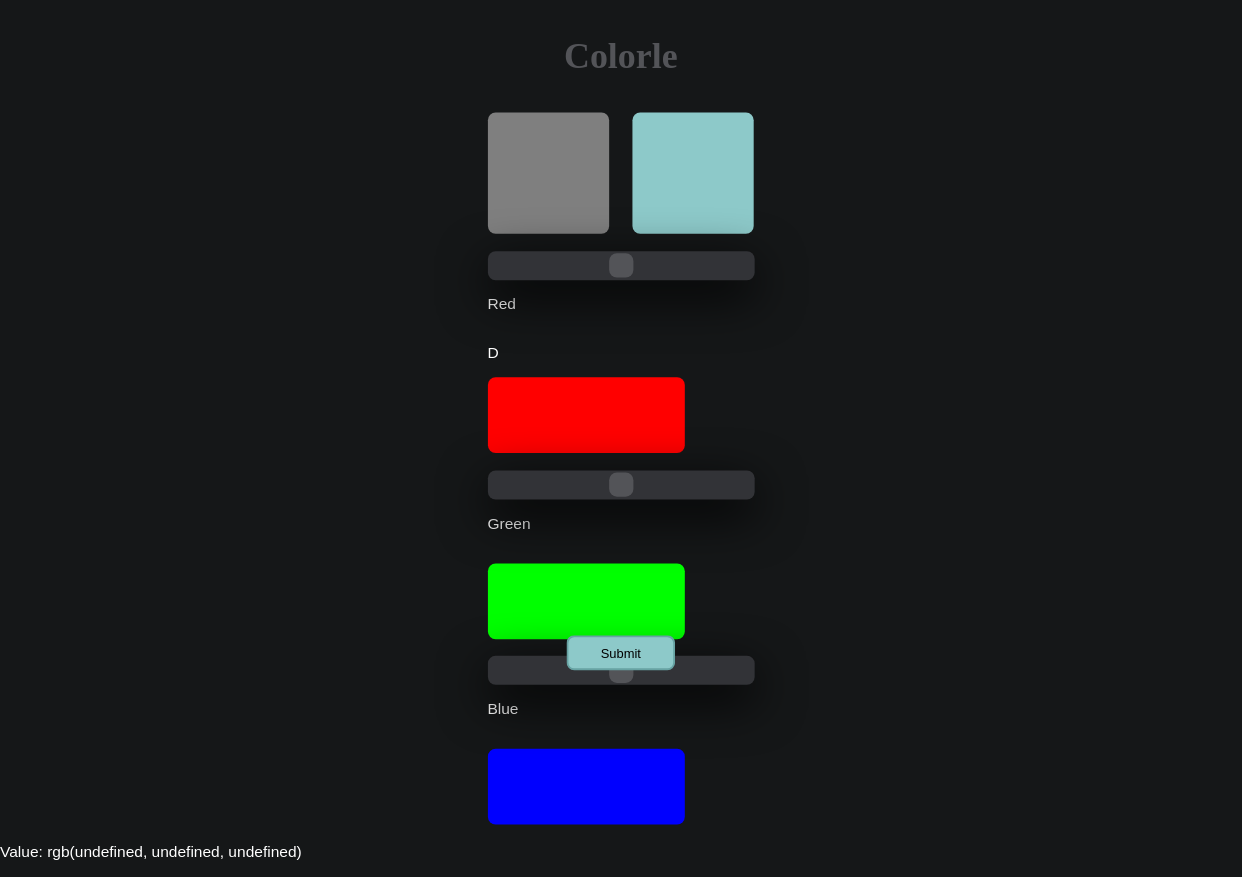
Repository: Artem-Melnik/Colorle
Page: index.html
The author's editor kept a copy of each file at every save. The page is drawn from the files as they stood at one save, then again after the next save.
The browser window is 1280 px wide. The pictures show the whole page, at 97% of full size.
After loading, the first visible `#submitButton` was clicked once.

Above is the page before, as saved 2022-05-12 20:10:37.

### index.html
<!-- TODO: Change text/icon color -->
<!-- TODO: Represent guess correctness using Linear-style icons -->
<!-- TODO: Replace Colorle text logo with SVG/image due to font problems -->
<!-- TODO: Add textboxes where player can enter exact RGB values -->
<!DOCTYPE html>
<html>
  <head>
    <title>Parcel Sandbox</title>
    <link rel="stylesheet" href="styles.css">
    <meta charset="UTF-8" />
    <meta name="viewport" content="width=device-width" />
  </head>

  <script
    src="https://ajax.googleapis.com/ajax/libs/jquery/3.6.0/jquery.min.js"
    type="text/javascript"
  ></script>
  <script
    src="https://ajax.googleapis.com/ajax/libs/jqueryui/1.13.1/jquery-ui.min.js"
    type="text/javascript"
  ></script>
  <script src="https://unpkg.com/feather-icons"></script>
  <script>
      feather.replace();
    </script>
  <script type="module" src="index.js" type="text/javascript"></script>

  <body>
    <div id="app"></div>
    <div class="topBar">
      <p id="title">Colorle</p>
      <p>
        <button type="button" id="themeToggle">
          <i id="themeIcon" data-feather="sun"></i>
        </button>
      </p>
    </div>

    <div id="topColors">
      <div id="previewAll"></div>
      <div id="correctColor"></div>
    </div>
    <div id="redContainer">
      <input
        type="range"
        min="0"
        max="255"
        value="128"
        class="slider"
        id="sliderRed"
      />
      <p class="currentColor" id="currentRed">Red</p>
      <p class="rating" id="ratingRed"></p>
      <div id="previewRed"></div>
    </div>
    <div id="greenContainer">
      <input
        type="range"
        min="0"
        max="255"
        value="128"
        class="slider"
        id="sliderGreen"
      />
      <p class="currentColor" id="currentGreen">Green</p>
      <p class="rating" id="ratingGreen"></p>
      <div id="previewGreen"></div>
    </div>
    <div id="blueContainer">
      <input
        type="range"
        min="0"
        max="255"
        value="128"
        class="slider"
        id="sliderBlue"
      />
      <p class="currentColor" id="currentBlue">Blue</p>
      <p class="rating" id="ratingBlue"></p>
      <div id="previewBlue"></div>
    </div>
    <div class="guessText">
      <p>Value: <span id="guessColor"></span></p>
    </div>
    <div class="buttonContainer">
      <button type="button" id="submitButton">Submit</button>
    </div>
  </body>
</html>

### styles.css
body {
  font-family: sans-serif;
  margin: 0;
  background: #151718;
  color: #ffffff;
}

.lightTheme {
  background: #ffffff;
  color: #151718;
}

/* Changes the correctColor gradient to dark/black */
/* .correctColorDark {
  background-image: linear-gradient(
    to bottom,
    rgba(0, 0, 0, 0),
    rgba(0, 0, 0, 1) 100%
  ) !important;
} */

#themeToggle {
  width: 25px;
  height: 25px;
  position: absolute;
  right: 15px;
  top: 15px;
  color: grey;
  background: none;
  border: none;
}

#themeIcon {
  color: grey;
  width: 25px;
  height: 25px;
  transform: scale(1);
  transition: all 0.5s;
}

#themeIcon.animate {
  color: grey;
  transform: scale(0);
}

.transform-active {
  /* background-color: blue;
  animation-name: darkToLight;
  animation-duration: 1s; */
  color: #151718;
}

.transform {
  -webkit-transition: all 2s ease;
  -moz-transition: all 2s ease;
  -o-transition: all 2s ease;
  -ms-transition: all 2s ease;
  transition: all 2s ease;
}

/* @keyframes darkTolight {
  0% {
    color: #ffffff;
  }
  100% {
    color: #151718;
  }
} */

#title {
  justify-content: center;
  font-family: "Asap";
  font-style: normal;
  font-weight: 700;
  font-size: 37px;
  line-height: 42px;
  display: flex;
  align-items: center;
  text-align: center;
  color: #535458;
}

/* #previewId {
  width: 100px;
  height: 100px;
  background-color: var(color);
  border: solid black;
} */

/* correctColor gradient */
/* #correctColor {
  position: absolute;
  top: 0px;
  width: 100%;
  height: 25%;
  background-color: var(color);
  margin: auto;
  background-image: linear-gradient(
    to bottom,
    rgba(255, 255, 255, 0),
    rgba(255, 255, 255, 1) 100%
  );
  z-index: -1;
} */

#topColors {
  width: 275px;
  margin: auto;
}

#correctColor {
  display: inline-block;
  position: relative;
  width: 125px;
  height: 125px;
  border-radius: 8px;
  margin-left: 10px;
}

#previewAll {
  background-color: rgb(127, 127, 127);
  display: inline-block;
  position: relative;
  width: 125px;
  height: 125px;
  border-radius: 8px;
  order: 1;
  margin-right: 10px;
}

#redContainer,
#greenContainer,
#blueContainer {
  display: auto;
  justify-content: center;
  margin: auto;
  width: 275px;
}

#sliderRed,
#sliderGreen,
#sliderBlue {
  display: block;
  -webkit-appearance: none;
  -moz-appearance: none;
  appearance: none;
  background: #323337;
  width: 275px;
  height: 30px;
  top: 100px;
  border-radius: 8px;
  margin: auto;
  margin-top: 5%;
  filter: drop-shadow(0px 15px 25px #000000);
}

#sliderRed::-webkit-slider-thumb,
#sliderGreen::-webkit-slider-thumb,
#sliderBlue::-webkit-slider-thumb {
  -webkit-appearance: none;
  appearance: none;
  width: 25px;
  height: 25px;
  background: #535458;
  cursor: pointer;
  border-radius: 8px;
}

#currentRed,
#currentGreen,
#currentBlue {
  display: inline-block;
}

#previewRed,
#previewGreen,
#previewBlue {
  display: inline-block;
  position: relative;
  width: 203px;
  height: 78px;
  /* background-color: var(color); */
  /* border: solid black; */
  border-radius: 8px;
  margin: auto;
  z-index: -1;
}

#previewRed {
  background-color: rgb(255, 0, 0);
}

#previewGreen {
  background-color: rgb(0, 255, 0);
}

#previewBlue {
  background-color: rgb(0, 0, 255);
}

.buttonContainer {
  display: flex;
  justify-content: center;
}

#submitButton {
  position: fixed;
  width: 112px;
  height: 36px;
  bottom: 4%;
  border: 2px solid;
  border-radius: 8px;
}

### index.js
// document.getElementById("sliderRange").innerHTML = `
// <div class="slidercontainer"></div>
// `;
// var root = document.querySelector(":root");
// var slider = document.getElementById("sliderRange");
// // Change "demo" to something else?
// var sliderRange = document.getElementById("demo");
// sliderRange.innerHTML = slider.value;
let correctRed = "141";
let correctGreen = "201";
let correctBlue = "201";

let red;
let green;
let blue;
// TODO: Split correctRGB into 3 seperate colors
let correctRgb =
  "rgb(" + correctRed + ", " + correctGreen + ", " + correctBlue + ")";

function changeColor() {
  red = document.getElementById("sliderRed").value;
  green = document.getElementById("sliderGreen").value;
  blue = document.getElementById("sliderBlue").value;

  document.getElementById("previewRed").style.backgroundColor =
    "rgb(" + red + ", 0, 0)";
  document.getElementById("previewGreen").style.backgroundColor =
    "rgb(0," + green + ", 0)";
  document.getElementById("previewBlue").style.backgroundColor =
    "rgb(0, 0," + blue + ")";

  document.getElementById("currentRed").textContent = red;
  document.getElementById("currentGreen").textContent = green;
  document.getElementById("currentBlue").textContent = blue;
}

// Shows guess color when submit button is clicked
// Also checks how close the guess is to the correct color
function onSubmit() {
  document.getElementById("previewAll").style.backgroundColor =
    "rgb(" + red + ", " + green + ", " + blue + ")";
  document.getElementById("guessColor").textContent =
    "rgb(" + red + ", " + green + ", " + blue + ")";

  // Check if guess is correct
if (red === correctRed) {
  document.getElementById('ratingRed').innerText = "SS";
} else if (red > correctRed - 6 && red < correctRed + 6) {
  document.getElementById('ratingRed').innerText = "S";
} else if (red > correctRed - 12 && red < correctRed + 12) {
  document.getElementById('ratingRed').innerText = "A";
} else if (red > correctRed - 24 && red < correctRed + 24) {
  document.getElementById('ratingRed').innerText = "B";
} else if (red > correctRed - 48 && red < correctRed + 48) {
  document.getElementById('ratingRed').innerText = "C";
} else {
  document.getElementById('ratingRed').innerText = "D";
}
  // Does same thing as red check but for green
if (green === correctGreen) {
  alert("Green: SS");
} else if (green > correctGreen - 6 && green < correctGreen + 6) {
  alert("Green: S");
} else if (green > correctGreen - 12 && green < correctGreen + 12) {
  alert("Green: A");
} else if (green > correctGreen - 24 && green < correctGreen + 24) {
  alert("Green: B");
} else if (green > correctGreen - 48 && green < correctGreen + 48) {
  alert("Green: C");
} else {
  alert("Green: D");
}

  // Does same thing as red check but for blue
if (blue === correctBlue) {
  alert("Blue: SS");
} else if (blue > correctBlue - 6 && blue < correctBlue + 6) {
  alert("Blue: S");
} else if (blue > correctBlue - 12 && blue < correctBlue + 12) {
  alert("Blue: A");
} else if (blue > correctBlue - 24 && blue < correctBlue + 24) {
  alert("Blue: B");
} else if (blue > correctBlue - 48 && blue < correctBlue + 48) {
  alert("Blue: C");
} else {
  alert("Blue: D");
}

  // if ("rgb(" + red + "," + green + "," + blue + ")" === "rgb(141,201,201)") {
  //   alert("Correct!");
  // }
}

$("#themeToggle").click(function () {
  $("#themeIcon").toggleClass("animate");
});

function themeSwitch() {
  document.body.classList.toggle("lightTheme");
  document.getElementById("correctColor").classList.toggle("correctColorDark");
}

document.getElementById("correctColor").style.backgroundColor = correctRgb;
document.getElementById("submitButton").style.backgroundColor = correctRgb;
document.getElementById("submitButton").style.borderColor =
  "rgb(" +
  (correctRed - 38) +
  ", " +
  (correctGreen - 38) +
  ", " +
  (correctBlue - 38) +
  ")";

document.getElementById("sliderRed").addEventListener("input", changeColor);
document.getElementById("sliderGreen").addEventListener("input", changeColor);
document.getElementById("sliderBlue").addEventListener("input", changeColor);
document.getElementById("submitButton").addEventListener("click", onSubmit);
document.getElementById("themeToggle").addEventListener("click", themeSwitch);

// Plugs in sliderRange for green in RGB
// Outputs the value of the slider
// slider.oninput = function () {
//   sliderRange.innerHTML = this.value;
//   root.style.setProperty("--green", sliderRange);
//   alert(sliderRange);
// };

After the next save:
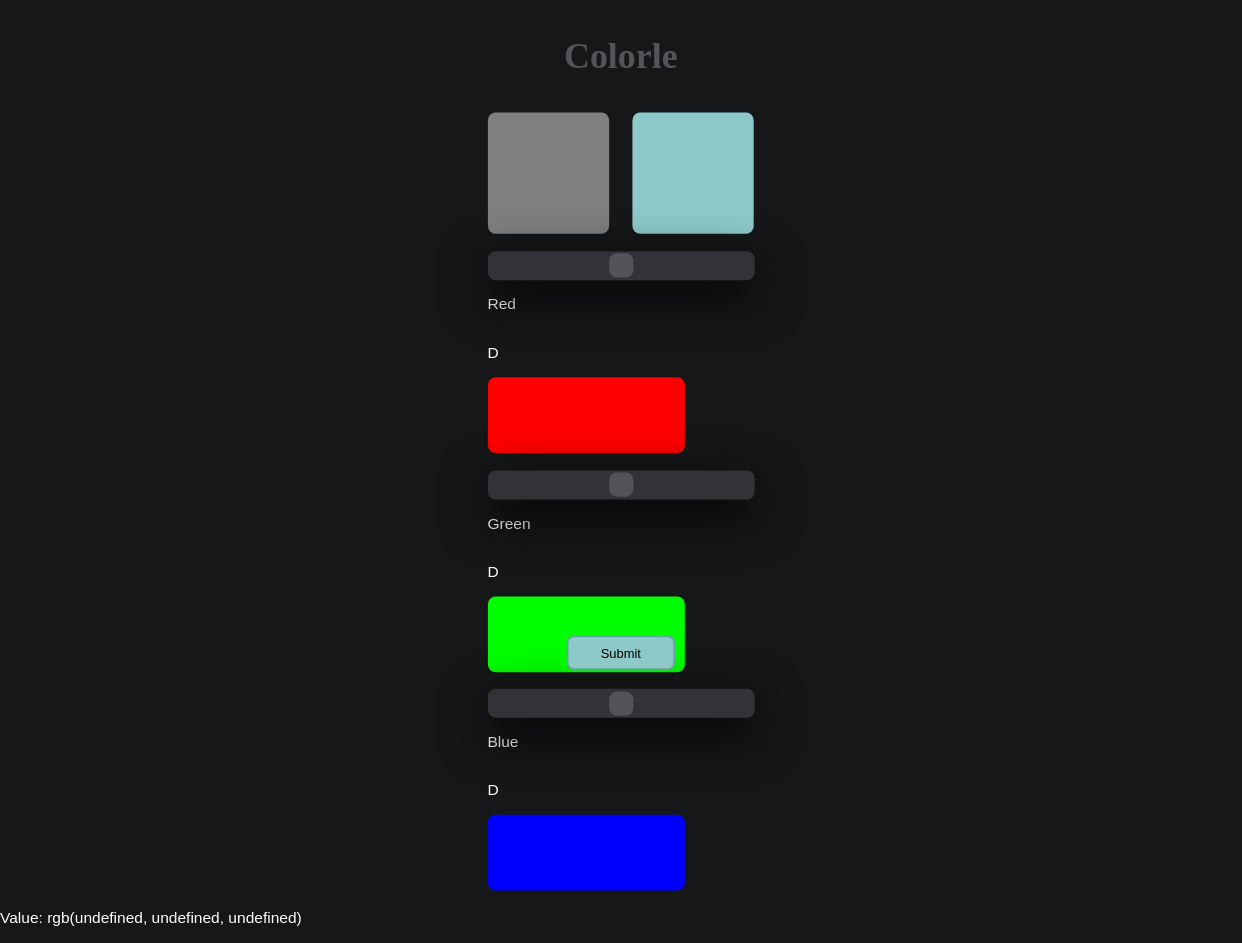
Saved 4 min 29 s later.
--- a/index.js
+++ b/index.js
@@ -58,32 +58,32 @@ if (red === correctRed) {
 }
   // Does same thing as red check but for green
 if (green === correctGreen) {
-  alert("Green: SS");
+  document.getElementById('ratingGreen').innerText = "SS";
 } else if (green > correctGreen - 6 && green < correctGreen + 6) {
-  alert("Green: S");
+  document.getElementById('ratingGreen').innerText = "S";
 } else if (green > correctGreen - 12 && green < correctGreen + 12) {
-  alert("Green: A");
+  document.getElementById('ratingGreen').innerText = "A";
 } else if (green > correctGreen - 24 && green < correctGreen + 24) {
-  alert("Green: B");
+  document.getElementById('ratingGreen').innerText = "B";
 } else if (green > correctGreen - 48 && green < correctGreen + 48) {
-  alert("Green: C");
+  document.getElementById('ratingGreen').innerText = "C";
 } else {
-  alert("Green: D");
+  document.getElementById('ratingGreen').innerText = "D";
 }
 
   // Does same thing as red check but for blue
 if (blue === correctBlue) {
-  alert("Blue: SS");
+  document.getElementById('ratingBlue').innerText = "SS";
 } else if (blue > correctBlue - 6 && blue < correctBlue + 6) {
-  alert("Blue: S");
+  document.getElementById('ratingBlue').innerText = "S";
 } else if (blue > correctBlue - 12 && blue < correctBlue + 12) {
-  alert("Blue: A");
+  document.getElementById('ratingBlue').innerText = "A";
 } else if (blue > correctBlue - 24 && blue < correctBlue + 24) {
-  alert("Blue: B");
+  document.getElementById('ratingBlue').innerText = "B";
 } else if (blue > correctBlue - 48 && blue < correctBlue + 48) {
-  alert("Blue: C");
+  document.getElementById('ratingBlue').innerText = "C";
 } else {
-  alert("Blue: D");
+  document.getElementById('ratingBlue').innerText = "D";
 }
 
   // if ("rgb(" + red + "," + green + "," + blue + ")" === "rgb(141,201,201)") {
